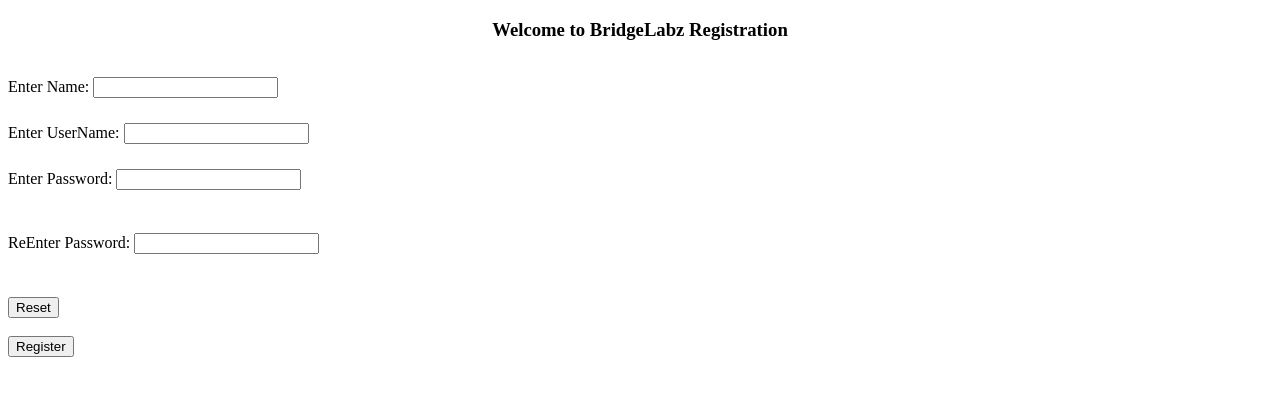
Repository: akshayrp/BridgeLabz1
Page: http://localhost/trial/Registration.jsp
These files come from the project's save history. The page is drawn as it stood at one moment and after the next save; the edit follows.
The browser window is 1280 px wide. The pictures show the whole page.
The page is served by Tomcat 9.

Above is the page before, as saved 2019-11-04 11:26:14.

After the next save:
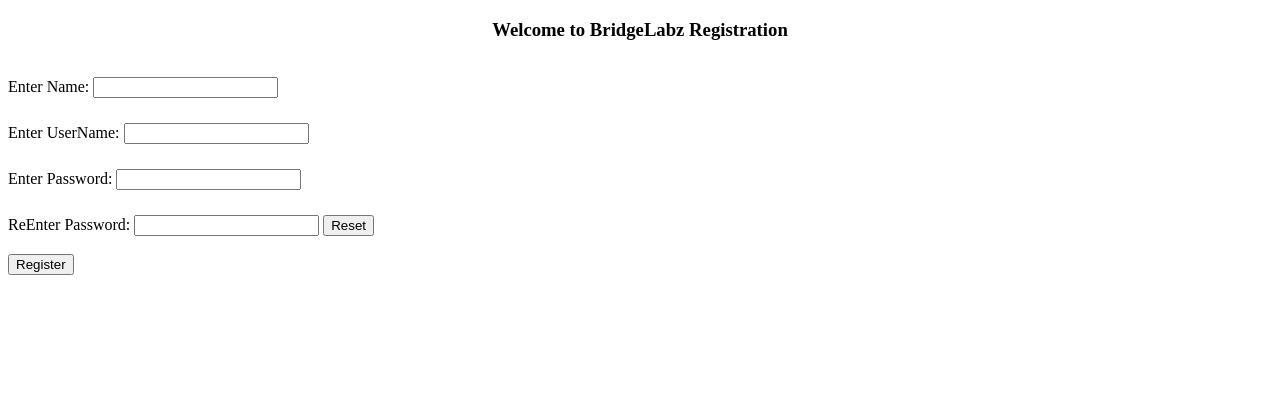
Saved 42 s later.
--- a/trial/WebContent/Registration.jsp
+++ b/trial/WebContent/Registration.jsp
@@ -7,10 +7,11 @@
 	<form action="Register" method="post">
 	Enter Name: <input type="text" name="name"><h6 style="color: red">${nameErrorMessage}</h6>
 	Enter UserName: <input type="text" name="uname"><h6 style="color: red">${usernameErrorMessage}</h6>
-	Enter Password: <input type="text" name="pass"><br><br><h6 style="color: red">${passwordErrorMessage}</h6>
-	ReEnter Password: <input type="password" name="repass"><br><br><h6 style="color: red">${rePasswordErrorMessage}</h6>
+	Enter Password: <input type="text" name="pass"><h6 style="color: red">${passwordErrorMessage}</h6>
+	ReEnter Password: <input type="password" name="repass">
 	<input type="reset" value="Reset"/><br><br>
 	<button name="Register">Register</button>
+	<h6 style="color: red">${rePasswordErrorMessage}</h6>
 	</form>
 </body>
 </html>
